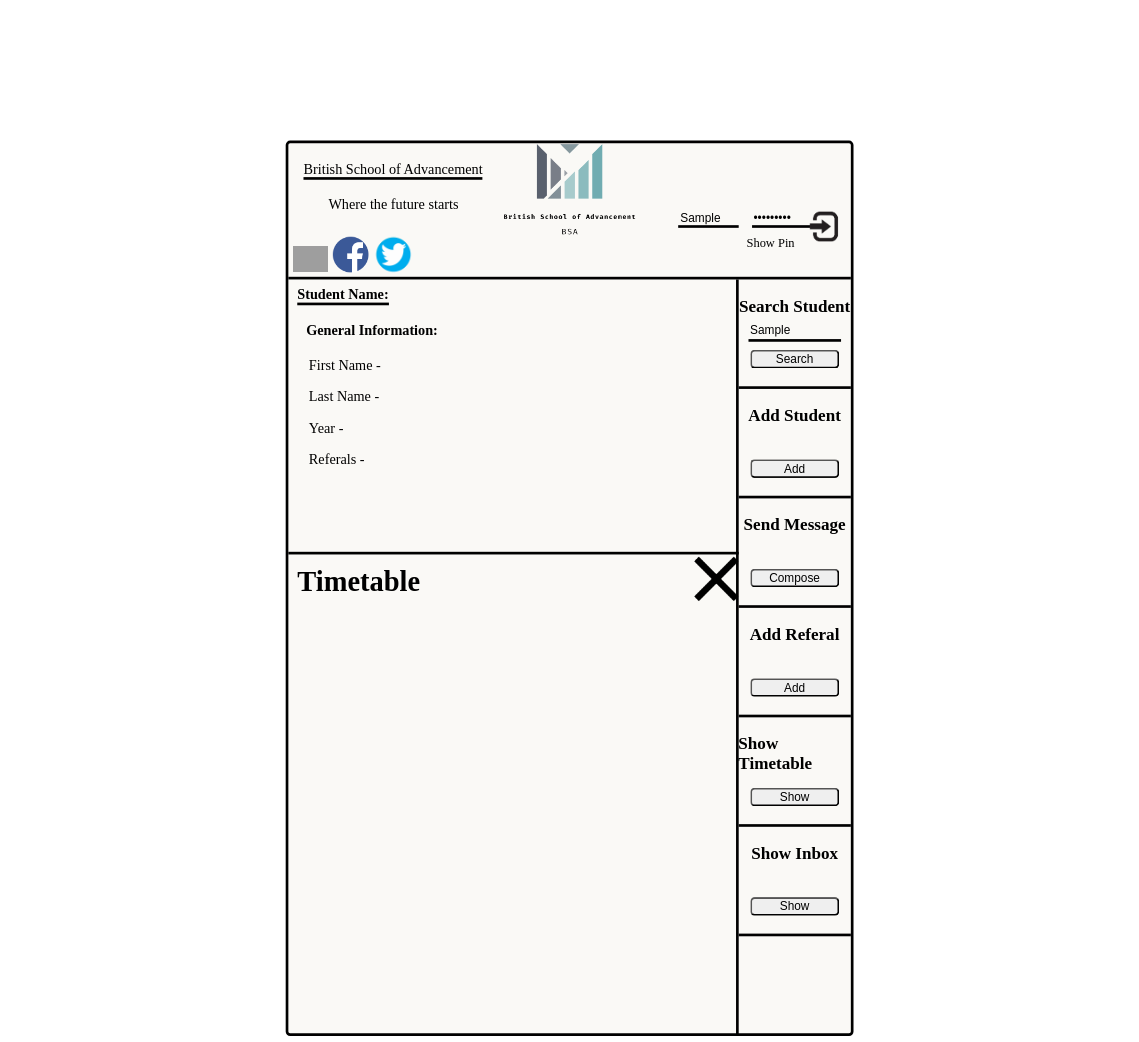
Repository: ghend99/School-app
Page: index.html
The author's editor kept a copy of each file at every save. The page is drawn from the files as they stood at one save, then again after the next save.
The browser window is 1280 px wide. The pictures show the whole page, at 89% of full size.
Empty fields were first filled with sample values (such as "Sample", 5 or name@example.com).
After loading, the first visible `button.show-timetable` was clicked once.
Pictures or frames that could not be fetched are drawn as grey boxes.

Above is the page before, as saved 2023-03-27 10:56:59.

After the next save:
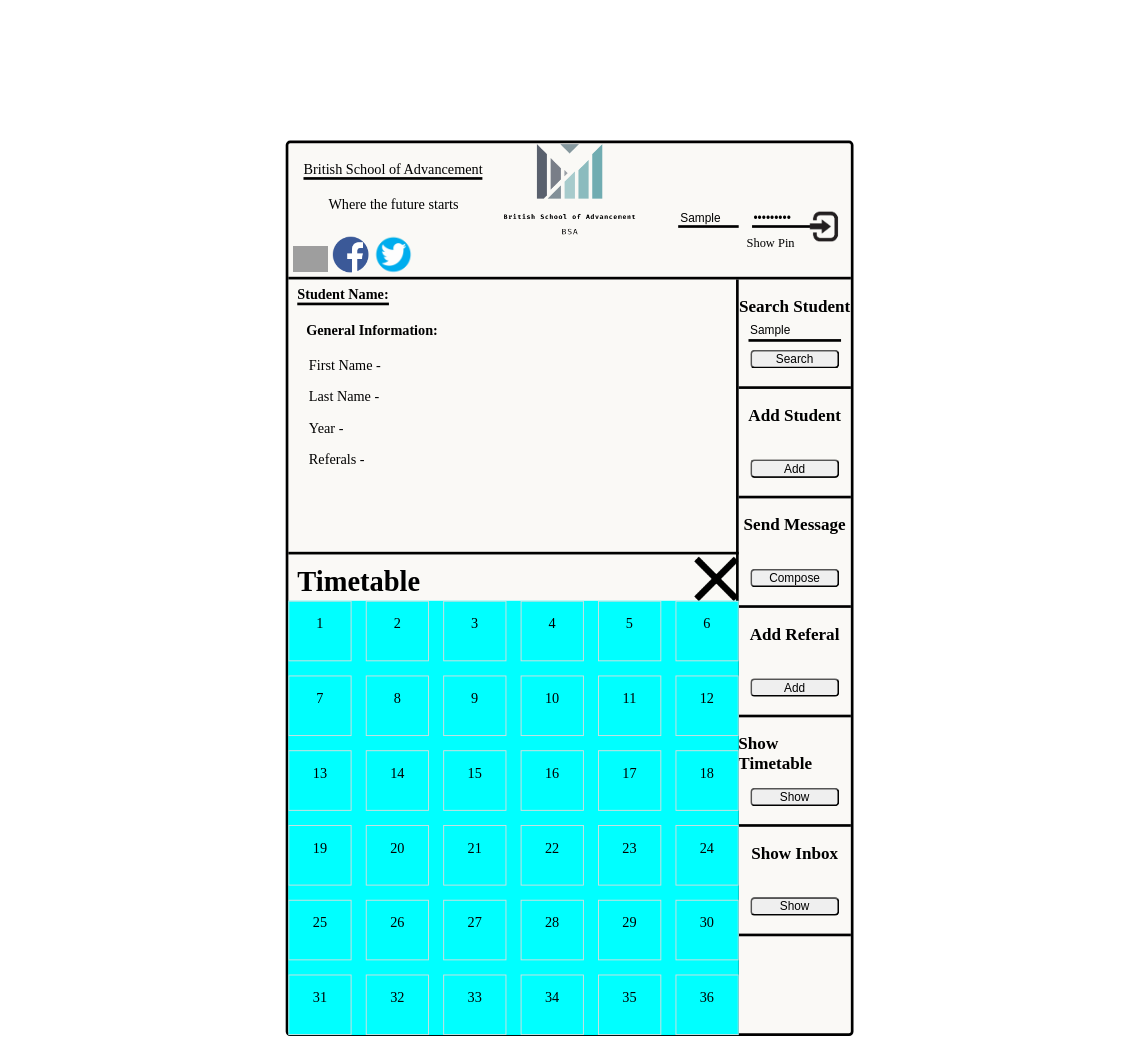
Saved 27 s later.
--- a/js/buttons.js
+++ b/js/buttons.js
@@ -43,4 +43,6 @@ composeMessageModalClose.addEventListener("click", function (e) {
 
 sidebarShowTimetable.addEventListener("click", function (e) {
   e.preventDefault();
+  timetableOpen();
+  inboxClose();
 });
